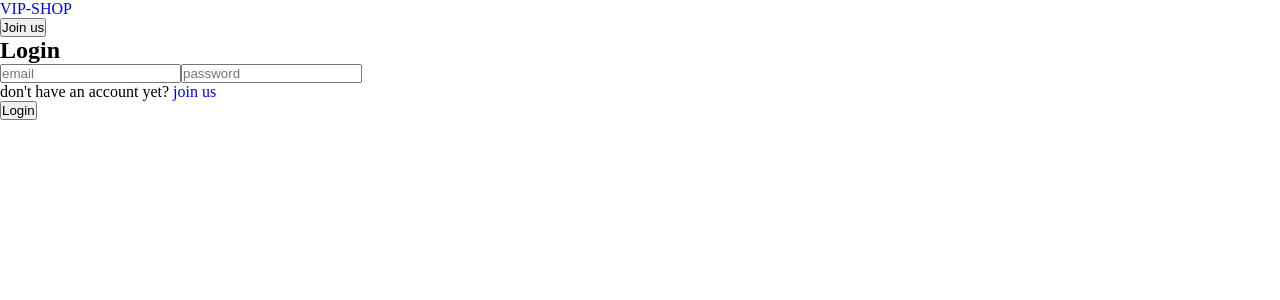
Repository: Mirsmog/VIP-SHOP
Page: /login (app in client/)
The author's editor kept a copy of each file at every save. The page is drawn from the files as they stood at one save, then again after the next save.
The browser window is 1280 px wide. The pictures show the whole page.
The project was rebuilt for these pictures with package versions that can differ from the ones it lists, and the page was loaded fresh each time. Also part of the build but not shown: client/vite.config.js, client/src/pages/Admin.tsx, client/src/pages/DevicePage.tsx, client/src/pages/Shop.jsx, client/src/pages/Basket.jsx.

Above is the page before, as saved 2023-11-02 19:56:42.

### client/src/main.jsx
import React from 'react';
import ReactDOM from 'react-dom/client';
import App from './App.jsx';
import userStore from './store/userStore.js';
import deviceStore from './store/deviceStore.js';
export const Context = React.createContext(null);

ReactDOM.createRoot(document.getElementById('root')).render(
  <React.StrictMode>
    <Context.Provider
      value={{
        user: new userStore(),
        device: new deviceStore(),
      }}
    >
      <App />
    </Context.Provider>
  </React.StrictMode>
);

### client/src/App.jsx
import { BrowserRouter } from 'react-router-dom';
import './App.css';
import AppRouter from './components/AppRouter';
import NavBar from './components/NavBar';

function App() {
  const isAuth = false;
  return (
    <BrowserRouter>
      <NavBar />
      <AppRouter />
    </BrowserRouter>
  );
}

export default App;

### client/src/store/userStore.js
import { makeAutoObservable } from 'mobx';
export default class userStore {
  constructor() {
    this._isAuth = false;
    this._user = {};
    makeAutoObservable(this);
  }
  setIsAuth(bool) {
    this._isAuth = bool;
  }
  setUser(user) {
    this._user = user;
  }
  get isAuth() {
    return this._isAuth;
  }
  get user() {
    return this._user;
  }
}

### client/src/store/deviceStore.js
import { makeAutoObservable } from 'mobx';
export default class deviceStore {
  constructor() {
    this._types = [
      { id: 1, name: 'phones' },
      { id: 2, name: 'laptops' },
    ];
    this._brands = [
      { id: 1, name: 'xiaomi' },
      { id: 2, name: 'lenovo' },
    ];
    this._devices = [
      {
        id: 1,
        name: 'iphone 12 max pro',
        price: 98000,
        rating: 5,
        img: 'https://www.tradeinn.com/f/13782/137821846/apple-iphone-12-pro-max-6gb-128gb-67-%D0%B4%D1%8E%D0%B9%D0%BC%D0%B0.jpg',
      },
      {
        id: 2,
        name: 'iphone 12 max pro',
        price: 98000,
        rating: 5,
        img: 'https://www.tradeinn.com/f/13782/137821846/apple-iphone-12-pro-max-6gb-128gb-67-%D0%B4%D1%8E%D0%B9%D0%BC%D0%B0.jpg',
      },
      {
        id: 3,
        name: 'iphone 12 max pro',
        price: 98000,
        rating: 5,
        img: 'https://www.tradeinn.com/f/13782/137821846/apple-iphone-12-pro-max-6gb-128gb-67-%D0%B4%D1%8E%D0%B9%D0%BC%D0%B0.jpg',
      },
      {
        id: 4,
        name: 'iphone 12 max pro',
        price: 98000,
        rating: 5,
        img: 'https://www.tradeinn.com/f/13782/137821846/apple-iphone-12-pro-max-6gb-128gb-67-%D0%B4%D1%8E%D0%B9%D0%BC%D0%B0.jpg',
      },
    ];
    makeAutoObservable(this);
  }
  setTypes(types) {
    this._types = types;
  }
  setBrands(brands) {
    this._brands = brands;
  }
  setDevices(devices) {
    this._devices = devices;
  }

  get types() {
    return this._types;
  }
  get brands() {
    return this._brands;
  }
  get devices() {
    return this._devices;
  }
}

### client/src/App.css
* {
  margin: 0;
  padding: 0;
}



a{
  text-decoration: none;
}

### client/src/components/AppRouter.jsx
import React from 'react';
import { Route, Routes, redirect } from 'react-router-dom';
import { authRoutes, publicRoutes } from '../routes';
import { Context } from '../main';

function AppRouter() {
  const { user } = React.useContext(Context);
  return (
    <Routes>
      {user.isAuth &&
        authRoutes.map(({ path, Component }) => (
          <Route key={path} path={path} element={Component}></Route>
        ))}
      {publicRoutes.map(({ path, Component }) => (
        <Route key={path} path={path} element={<Component />}></Route>
      ))}
    </Routes>
  );
}

export default AppRouter;

### client/src/components/NavBar.jsx
import React from 'react';
import Container from 'react-bootstrap/Container';
import Nav from 'react-bootstrap/Nav';
import Navbar from 'react-bootstrap/Navbar';
import Button from 'react-bootstrap/Button';
import { NavLink } from 'react-router-dom';
import { SHOP_ROUTE } from '../utils/consts';
import { observer } from 'mobx-react-lite'; // Or "mobx-react".
import { Context } from '../main';

const NavBar = observer(() => {
  const { user } = React.useContext(Context);
  return (
    <Navbar bg='dark' data-bs-theme='dark' variant='dark'>
      <Container>
        <NavLink
          className='text-warning text-2xl h3 font-weight-bold '
          to={SHOP_ROUTE}
        >
          VIP-SHOP
        </NavLink>
        {user.isAuth ? (
          <Nav className=' ml-auto gap-2'>
            <Button variant={'outline-light'}>Moderate</Button>
            <Button variant={'outline-light'}>Log in</Button>
          </Nav>
        ) : (
          <Nav className=' ml-auto'>
            <Button variant={'outline-light'}>Join us</Button>
          </Nav>
        )}
      </Container>
    </Navbar>
  );
});

export default NavBar;

### client/src/routes.js
import Admin from './pages/Admin';
import Auth from './pages/Auth';
import DevicePage from './pages/DevicePage';
import Shop from './pages/Shop';
import Basket from './pages/Basket';
import {
  ADMIN_ROUTE,
  BASKET_ROUTE,
  DEVICE_ROUTE,
  LOGIN_ROUTE,
  REGISTRATION_ROUTE,
  SHOP_ROUTE,
} from './utils/consts';

export const authRoutes = [
  {
    path: ADMIN_ROUTE,
    Component: Admin,
  },
  {
    path: BASKET_ROUTE,
    Component: Basket,
  },
];

export const publicRoutes = [
  {
    path: SHOP_ROUTE,
    Component: Shop,
  },
  {
    path: LOGIN_ROUTE,
    Component: Auth,
  },
  {
    path: REGISTRATION_ROUTE,
    Component: Auth,
  },
  {
    path: DEVICE_ROUTE + '/:id',
    Component: DevicePage,
  },
];

### client/src/utils/consts.js
export const ADMIN_ROUTE = '/admin';
export const LOGIN_ROUTE = '/login';
export const REGISTRATION_ROUTE = '/registration';
export const SHOP_ROUTE = '/';
export const BASKET_ROUTE = '/basket';
export const DEVICE_ROUTE = '/device';

### client/src/pages/Auth.jsx
import React from 'react';
import Container from 'react-bootstrap/esm/Container';
import Form from 'react-bootstrap/esm/Form';
import Card from 'react-bootstrap/esm/Card';
import Button from 'react-bootstrap/esm/Button';
import { NavLink, useLocation } from 'react-router-dom';
import { LOGIN_ROUTE, REGISTRATION_ROUTE } from '../utils/consts';

function Auth() {
  const location = useLocation();
  const isLogin = location === LOGIN_ROUTE;
  return (
    <Container
      className='d-flex justify-content-center align-items-center'
      style={{ height: window.innerHeight - 57 }}
    >
      <Card style={{ width: 600 }} className='p-5'>
        <h2 className='m-auto'>{isLogin ? 'Authorization' : 'Login'}</h2>
        <Form className='d-flex flex-column'>
          <Form.Control className='mt-3' placeholder='email' />
          <Form.Control className='mt-3' placeholder='password' />
          <div className='d-flex justify-content-between mt-3 align-items-center'>
            <div>
              don't have an account yet?{' '}
              <NavLink to={REGISTRATION_ROUTE}>join us</NavLink>
            </div>
            <Button variant={'outline-success'}>Login</Button>
          </div>
        </Form>
      </Card>
    </Container>
  );
}

export default Auth;

After the next save:
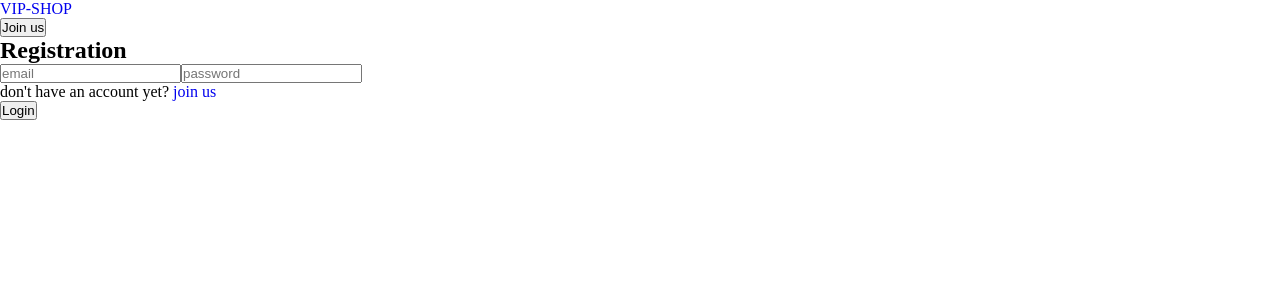
Saved 19 s later.
--- a/client/src/pages/Auth.jsx
+++ b/client/src/pages/Auth.jsx
@@ -15,7 +15,7 @@ function Auth() {
       style={{ height: window.innerHeight - 57 }}
     >
       <Card style={{ width: 600 }} className='p-5'>
-        <h2 className='m-auto'>{isLogin ? 'Authorization' : 'Login'}</h2>
+        <h2 className='m-auto'>{isLogin ? 'Authorization' : 'Registration'}</h2>
         <Form className='d-flex flex-column'>
           <Form.Control className='mt-3' placeholder='email' />
           <Form.Control className='mt-3' placeholder='password' />
